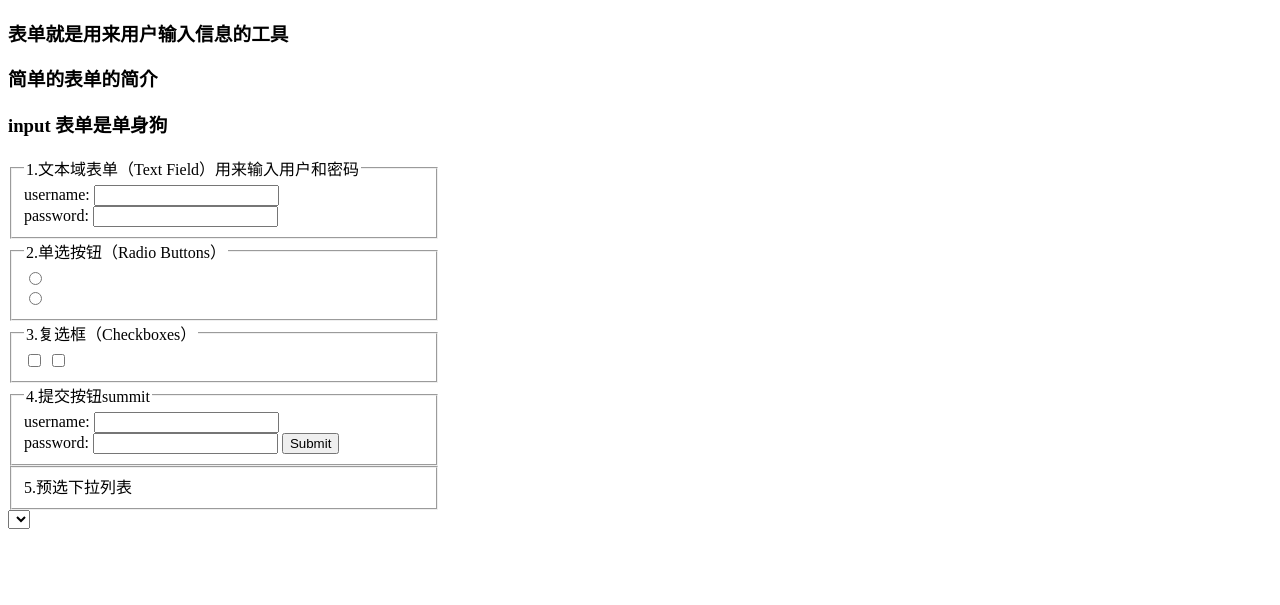
Repository: jarvanstack/vscode
Page: HTML/HTML中From表单.html
The author's editor kept a copy of each file at every save. The page is drawn from the files as they stood at one save, then again after the next save.
The browser window is 1280 px wide. The pictures show the whole page.

Above is the page before, as saved 2020-06-11 09:59:51.

### HTML/HTML中From表单.html
<!DOCTYPE html>
<html lang="en">

<head>
    <meta charset="UTF-8">
    <meta name="viewport" content="width=device-width, initial-scale=1.0">
    <title>HTML中From表单</title>
    <style>
        fieldset
        {
            width: 400px;
        }
    </style>
</head>
<body>
    <h3>表单就是用来用户输入信息的工具</h3>
    <h3>简单的表单的简介</h3>
    <h3>input 表单是单身狗</h3>
    <form action="post">
        <fieldset>
            <legend>1.文本域表单（Text Field）用来输入用户和密码</legend>
            <span>
                username: <input type="text" name="username">
            </span>
            <br>
            <span>
                password: <input type="password" name="password">
            </span>
        </fieldset>
    </form>
    <form action="post">
        <fieldset>
            <legend>2.单选按钮（Radio Buttons）</legend>
            <span>
                <input type="radio" name="sex" value="男">
            </span>
            <br>
            <span>
                <input type="radio" name="sex" value="女">
            </span>
        </fieldset>
    </form>
    <form action="post">
        <fieldset>
            <legend>3.复选框（Checkboxes）</legend>
            <span>
                <input type="checkbox" name="like_things" value="apple" >
            </span>
            <span>
                <input type="checkbox" name="like_things" value="banana">
            </span>
        </fieldset>
    </form>
    <form action="post">
        <fieldset>
            <legend>4.提交按钮summit</legend>
            <span>
                username: <input type="text" name="username">
            </span>
            <br>
            <span>
                password: <input type="password" name="password">
            </span>
            <span>
                <input type="submit" name="submit">
            </span>
        </fieldset>
    </form>
    <form action="post">
        <fieldset>5.预选下拉列表</fieldset>
        <select name="cars" id="">
            <option value="小车"></option>
            <option value="汽车"></option>
            <option value="公交车"></option>
        </select>
    </form>
</body>

</html>

After the next save:
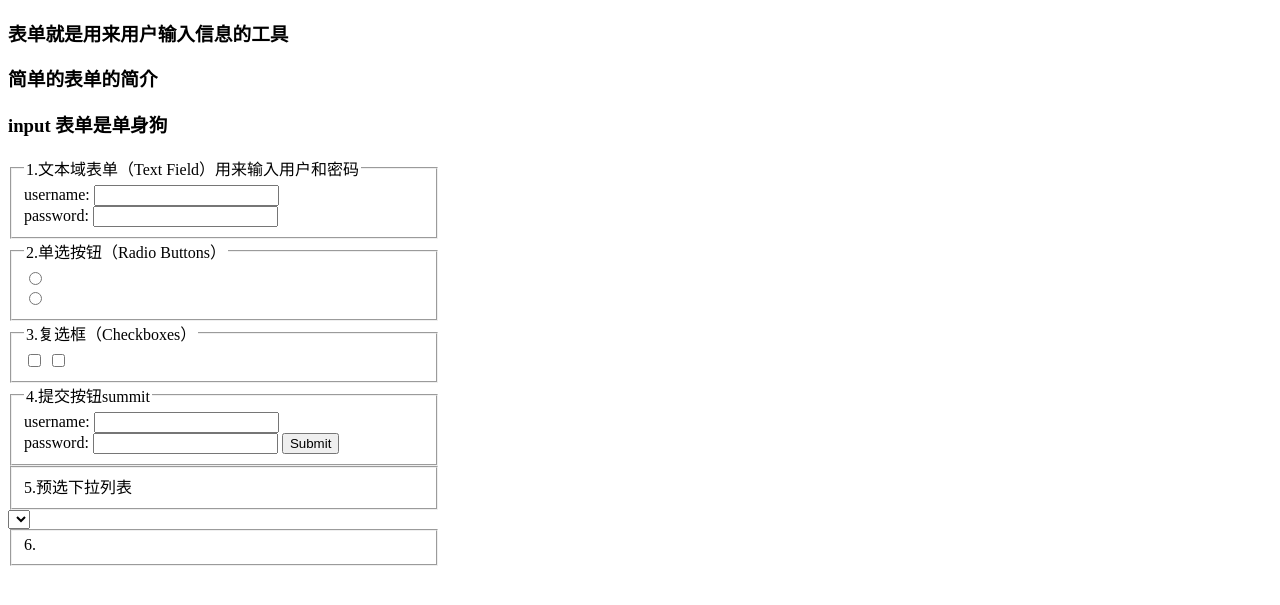
Saved 18 s later.
--- a/HTML/HTML中From表单.html
+++ b/HTML/HTML中From表单.html
@@ -74,6 +74,9 @@
             <option value="公交车"></option>
         </select>
     </form>
+    <form action="post">
+        <fieldset>6.</fieldset>
+    </form>
 </body>
 
 </html>
